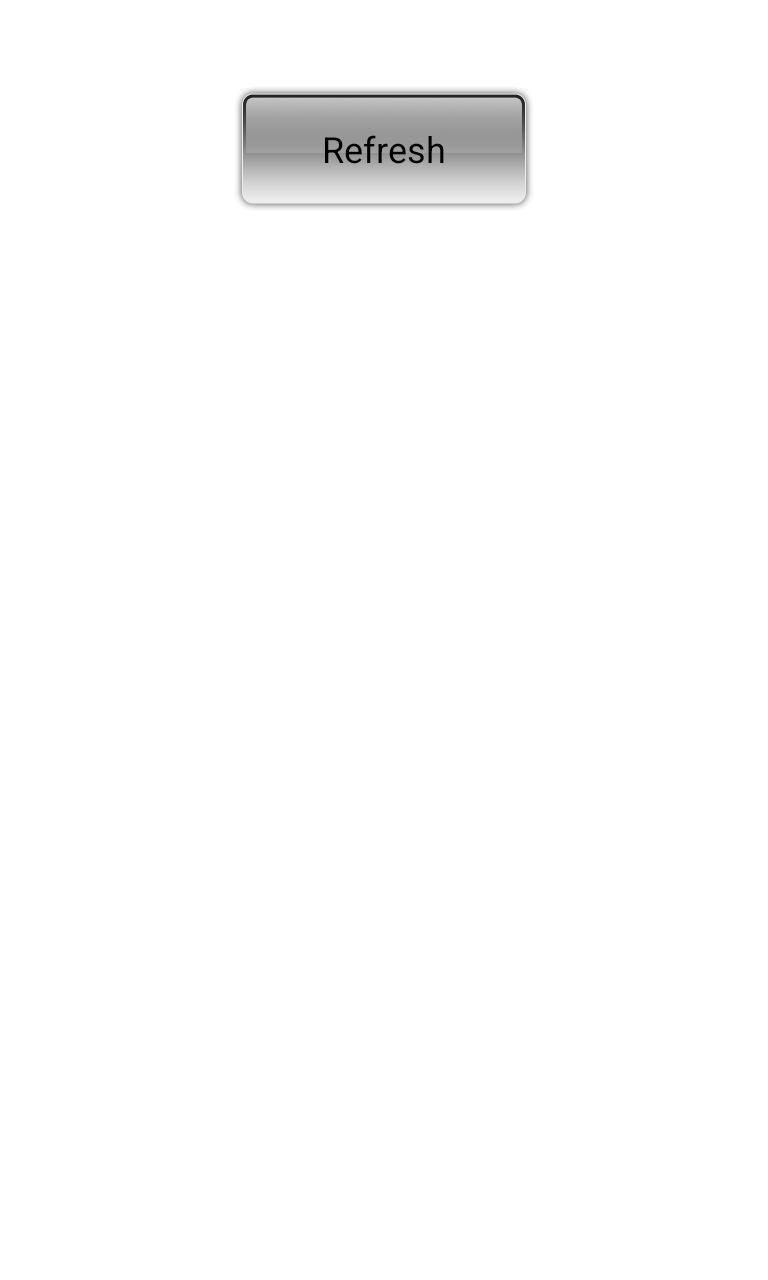
Repository: efreestone/MDF3_Freestone
Layout: ConvertIt/res/layout/activity_main.xml
These files come from the project's save history. The layout is drawn as it stood at one moment and after the next save; the edit follows.
It is drawn on a 768 x 1280 px phone screen (xhdpi) without system bars, with theme AppTheme; the app's code is not run.

Above is the layout before, as saved 2014-07-10 23:29:24.

After the next save:
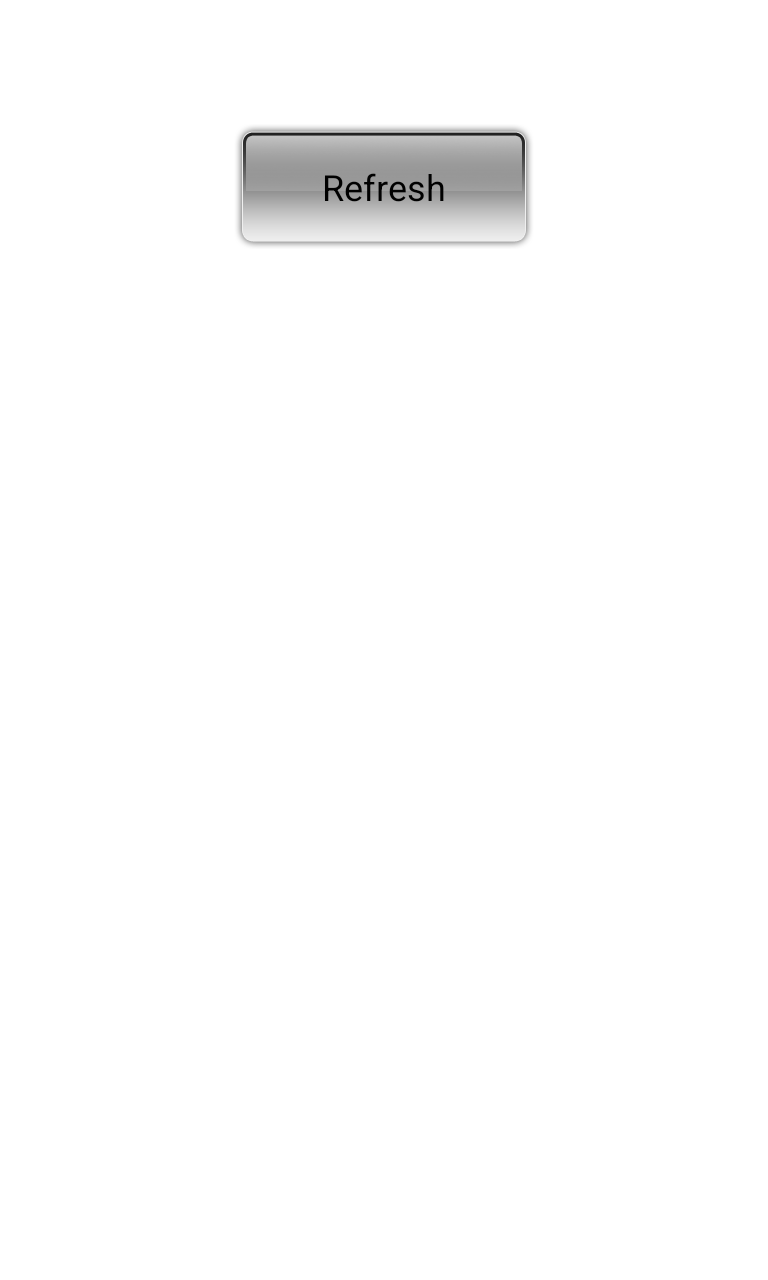
Saved 26 s later.
--- a/ConvertIt/res/layout/activity_main.xml
+++ b/ConvertIt/res/layout/activity_main.xml
@@ -18,6 +18,12 @@
         android:layout_height="wrap_content"
         android:gravity="center" />
 
+    <TextView
+        android:id="@+id/gbpTV"
+        android:layout_width="match_parent"
+        android:layout_height="wrap_content"
+        android:gravity="center" />
+
     <Button
         android:id="@+id/refreshButton"
         android:layout_width="wrap_content"
